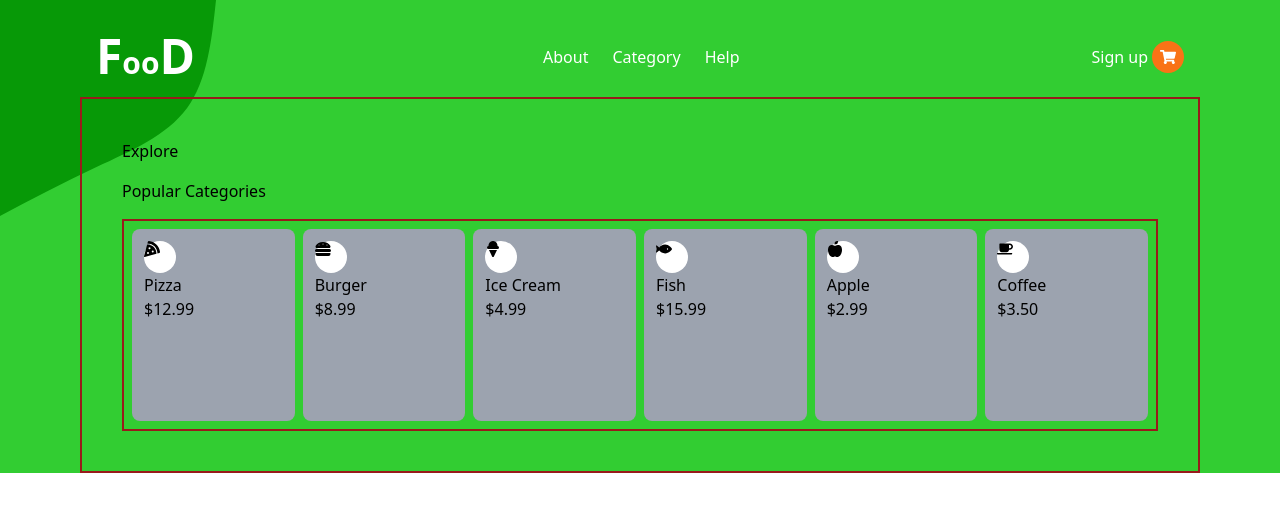
Repository: KhushiCode14/FoodWeb
Page: /category (app in frontend/)
An editor plug-in stored every save of this project. The page is shown before and after the next save, followed by the edit.
The browser window is 1280 px wide. The pictures show the whole page.
The project was rebuilt for these pictures with package versions that can differ from the ones it lists, and the page was loaded fresh each time. Also part of the build but not shown: frontend/src/Pages/Home.tsx, frontend/src/components/Home/SignUp.tsx, frontend/src/components/Home/SignIn.tsx, frontend/src/components/Home/Cart.tsx.

Above is the page before, as saved 2024-09-24 12:16:32.

After the next save:
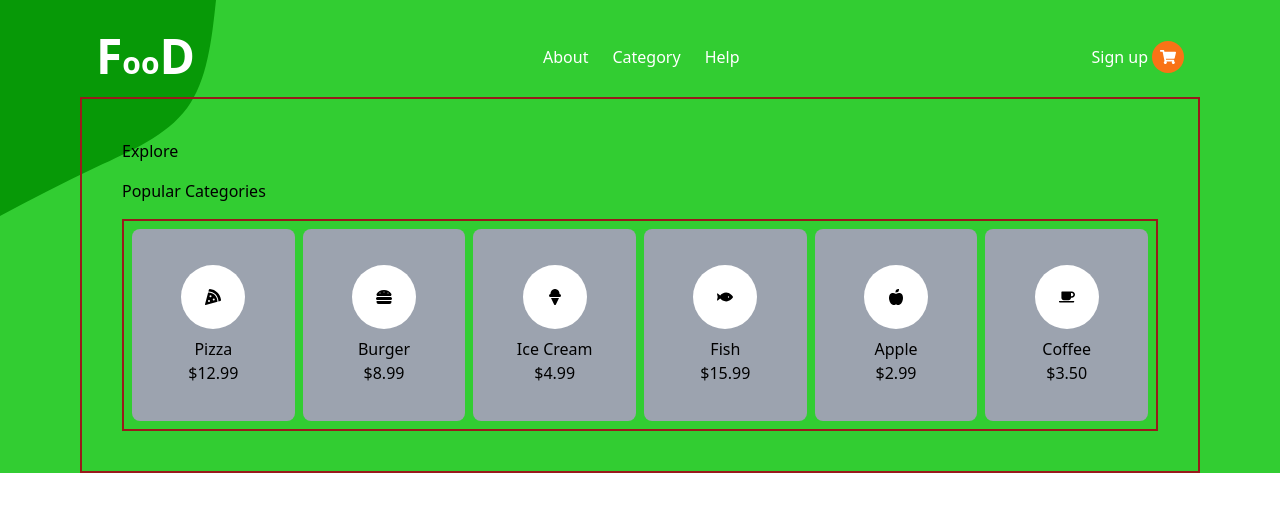
Saved 49 s later.
--- a/frontend/src/components/categories/Card.tsx
+++ b/frontend/src/components/categories/Card.tsx
@@ -63,11 +63,17 @@ const Card: React.FC = () => {
   return (
     <div className="p-2 border-red-800   border-2 flex gap-2 ">
       {foodItems.map((item) => (
-        <div key={item.id} className="bg-gray-400 p-3 items-center justify-center flex-row w-[164px] h-48 rounded-lg">
-          <div className="icon rounded-full bg-white size-8" >{item.icon}</div>
-          <h3>{item.name}</h3>
-          <p>${item.price.toFixed(2)}</p>
-        </div>
+      <div
+      key={item.id}
+      className="bg-gray-400 p-3 flex flex-col items-center justify-center w-[164px] h-48 rounded-lg"
+    >
+      <div className="icon rounded-full bg-white p-2 flex items-center justify-center w-16 h-16"> {/* Adjusted size to control the icon container */}
+        {item.icon}
+      </div>
+      <h3 className="mt-2 text-center">{item.name}</h3> {/* Added margin-top for spacing */}
+      <p className="text-center">${item.price.toFixed(2)}</p> {/* Center text */}
+    </div>
+
       ))}
     </div>
   )
